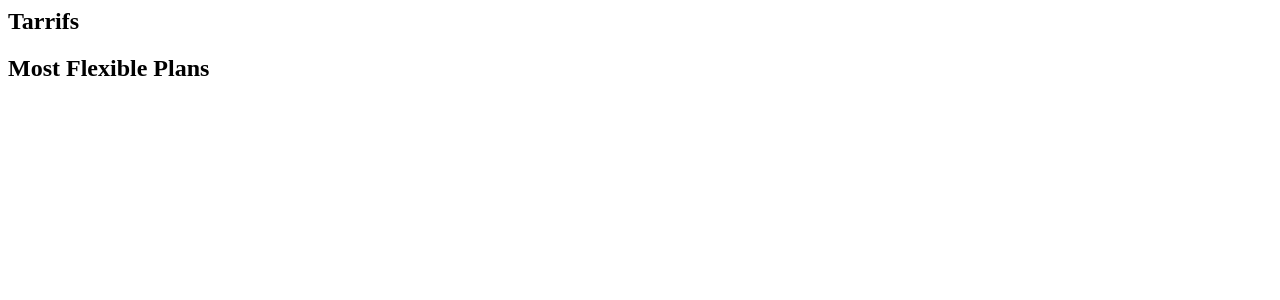
Repository: sanyathecreator/udrive-carsharing
Page: index.tarrifs.partial.html
An editor plug-in stored every save of this project. The page is shown before and after the next save, followed by the edit.
The browser window is 1280 px wide. The pictures show the whole page.

Above is the page before, as saved 2025-09-10 23:45:23.

### index.tarrifs.partial.html
<section class="tarrifs">
    <div class="plans__payments container">
      <h1 class ="plans__payments-title">Tarrifs</h1>
      <h2 class="plans__payments-subtitle">Most Flexible Plans</h2>
      <p
    </div>

After the next save:
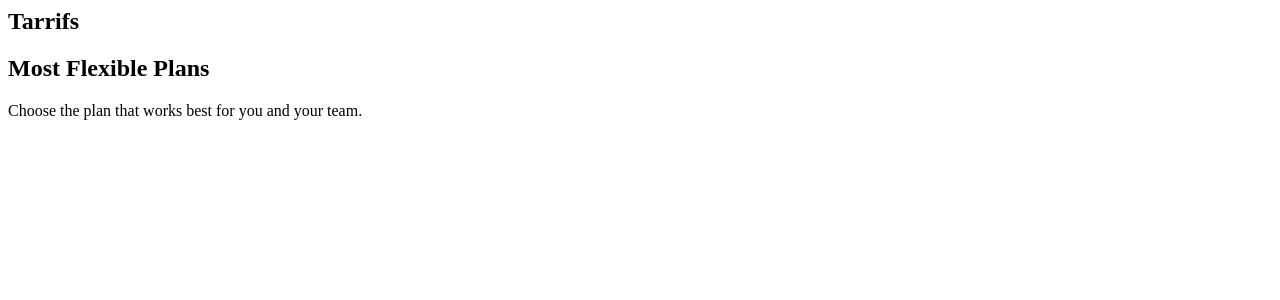
Saved 5 s later.
--- a/index.tarrifs.partial.html
+++ b/index.tarrifs.partial.html
@@ -2,5 +2,5 @@
     <div class="plans__payments container">
       <h1 class ="plans__payments-title">Tarrifs</h1>
       <h2 class="plans__payments-subtitle">Most Flexible Plans</h2>
-      <p
+      <p class="plans__payments-text">Choose the plan that works best for you and your team.</p>
     </div>
